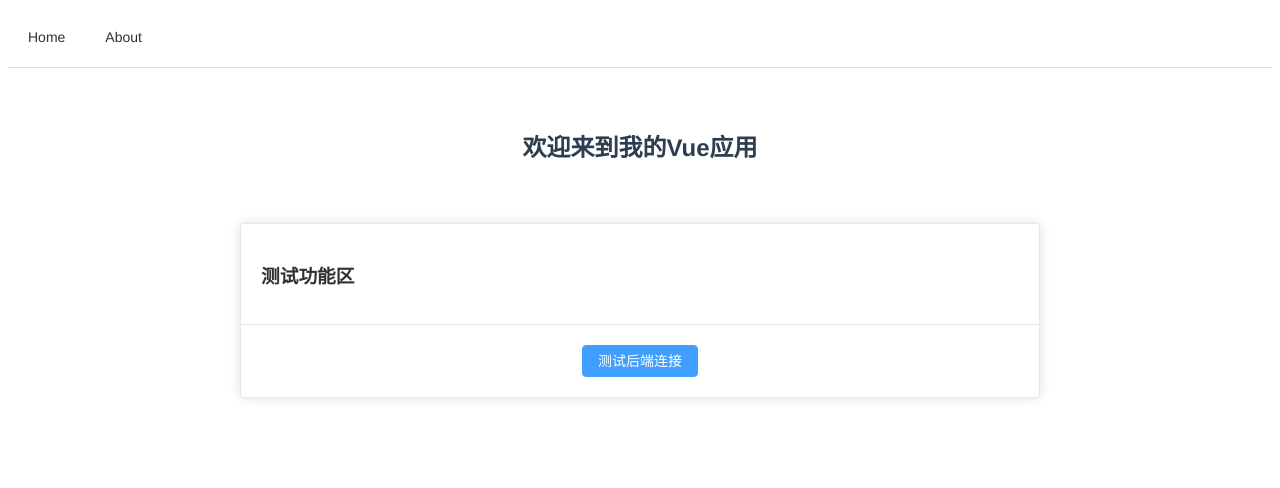
Repository: qqqq121114/se_417
Page: / (app in client/)
The author's editor kept a copy of each file at every save. The page is drawn from the files as they stood at one save, then again after the next save.
The browser window is 1280 px wide. The pictures show the whole page.
The project was rebuilt for these pictures with package versions that can differ from the ones it lists, and the page was loaded fresh each time. Also part of the build but not shown: client/vite.config.js.

Above is the page before, as saved 2024-12-07 22:34:08.

After the next save:
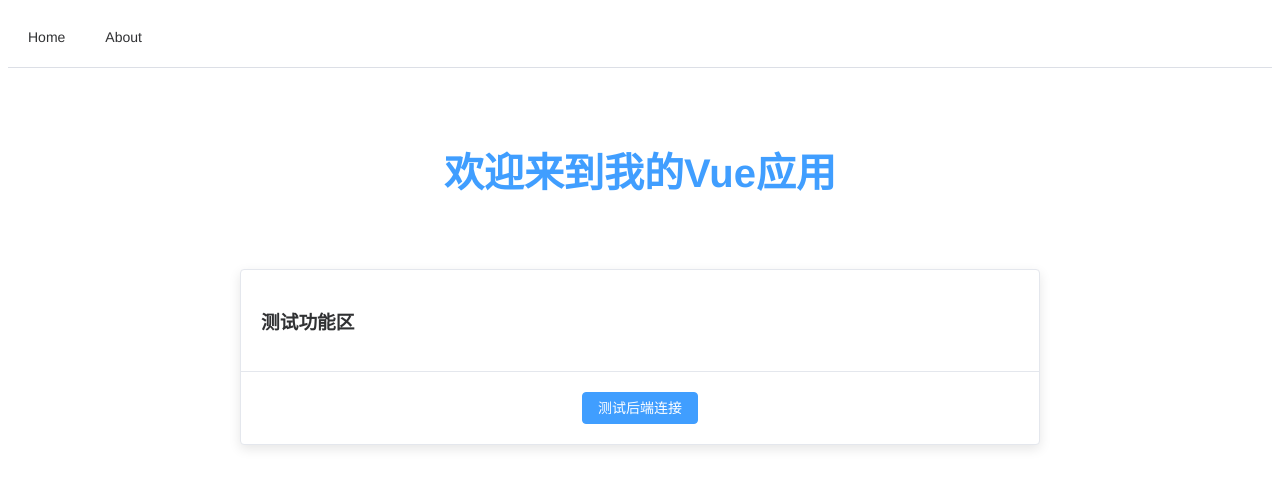
Saved 108 s later.
--- a/client/src/views/Home.vue
+++ b/client/src/views/Home.vue
@@ -1,6 +1,6 @@
 <template>
   <div class="home">
-    <h1>欢迎来到我的Vue应用</h1>
+    <h1 class="title">欢迎来到我的Vue应用</h1>
     <div class="content">
       <el-card class="welcome-card">
         <template #header>
@@ -38,6 +38,12 @@ const testBackend = async () => {
   text-align: center;
 }
 
+.title {
+  color: #409EFF;
+  font-size: 2.5em;
+  margin-bottom: 30px;
+}
+
 .content {
   max-width: 800px;
   margin: 0 auto;
@@ -46,6 +52,7 @@ const testBackend = async () => {
 
 .welcome-card {
   margin-top: 20px;
+  box-shadow: 0 4px 12px rgba(0, 0, 0, 0.1);
 }
 
 .card-header {
